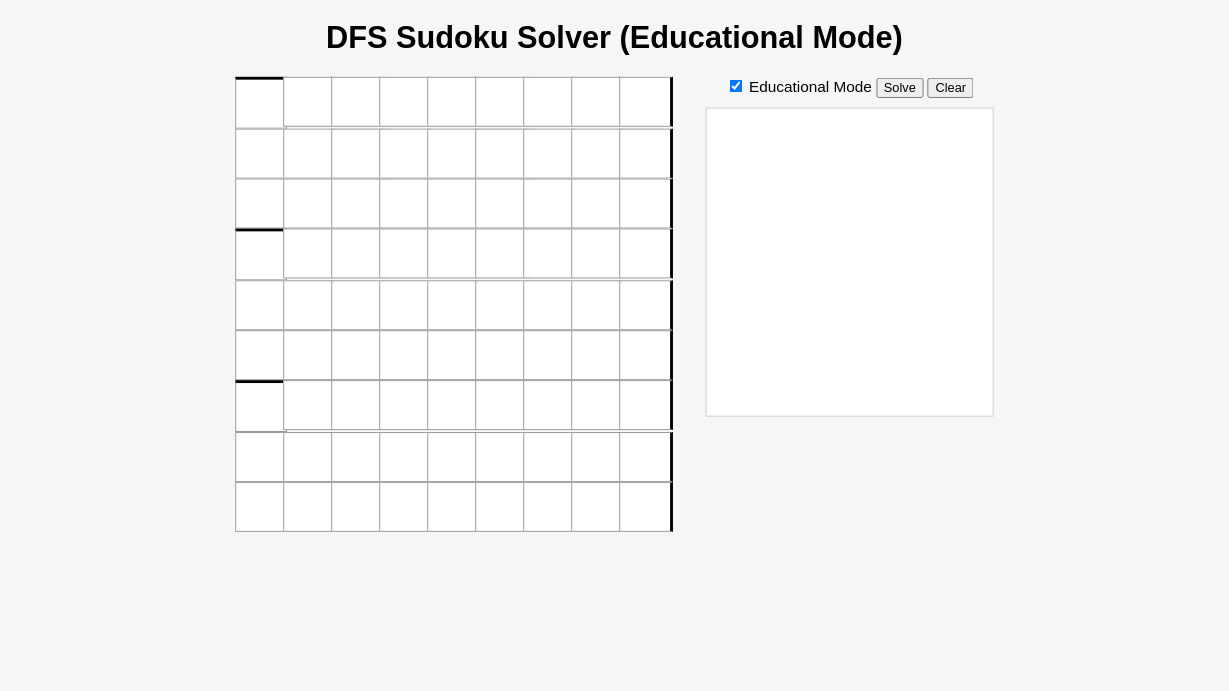
Repository: PratapOP/dfs-sudoku-solver
Page: http://localhost/
An editor plug-in stored every save of this project. The page is shown before and after the next save, followed by the edit.
The browser window is 1280 px wide. The pictures show the whole page, at 96% of full size.
The page is served by the project's application, run on Flask 3 (app.py). Other server files are loaded and not shown.

Above is the page before, as saved 2026-01-20 22:25:47.

### templates/index.html
<!DOCTYPE html>
<html>
<head>
    <title>DFS Sudoku Solver</title>
    <link rel="stylesheet" href="/static/css/style.css">
</head>
<body>

<h1>DFS Sudoku Solver (Educational Mode)</h1>

<div class="container">
    <div class="grid" id="grid"></div>

    <div class="panel">
        <label>
            <input type="checkbox" id="eduMode" checked>
            Educational Mode
        </label>

        <button onclick="solve()">Solve</button>
        <button onclick="clearGrid()">Clear</button>

        <div class="log" id="log"></div>
    </div>
</div>

<script src="/static/js/script.js"></script>
</body>
</html>

### app.py
from flask import Flask, render_template, request, jsonify
from solver.dfs_solver import solve_sudoku

app = Flask(__name__)

@app.route('/')
def index():
    return render_template('index.html')

@app.route('/solve', methods=['POST'])
def solve():
    data = request.get_json()
    grid = data.get("grid")
    educational_mode = data.get("educational_mode", True)

    result = solve_sudoku(grid, educational_mode)

    return jsonify(result)

if __name__ == "__main__":
    app.run(debug=True)

### static/css/style.css
body {
    font-family: Arial, sans-serif;
    background: #f4f6f8;
    text-align: center;
}

.container {
    display: flex;
    justify-content: center;
    gap: 40px;
}

.grid {
    display: grid;
    grid-template-columns: repeat(9, 50px);
}

.grid input {
    width: 48px;
    height: 48px;
    font-size: 18px;
    text-align: center;
    border: 1px solid #999;
}

.grid input:nth-child(3n) {
    border-right: 3px solid black;
}

.grid input:nth-child(27n + 1) {
    border-top: 3px solid black;
}

.try {
    background-color: #ffeaa7;
}

.accept {
    background-color: #55efc4;
}

.backtrack {
    background-color: #fab1a0;
}

.panel {
    width: 300px;
}

.log {
    height: 300px;
    overflow-y: auto;
    background: #fff;
    padding: 10px;
    margin-top: 10px;
    border: 1px solid #ccc;
}

### static/js/script.js
const gridDiv = document.getElementById("grid");
const logDiv = document.getElementById("log");

let cells = [];

function createGrid() {
    gridDiv.innerHTML = "";
    cells = [];

    for (let i = 0; i < 81; i++) {
        let input = document.createElement("input");
        input.maxLength = 1;
        input.oninput = () => {
            input.value = input.value.replace(/[^1-9]/g, "");
        };
        gridDiv.appendChild(input);
        cells.push(input);
    }
}

createGrid();

function getGrid() {
    let grid = [];
    for (let r = 0; r < 9; r++) {
        let row = [];
        for (let c = 0; c < 9; c++) {
            let val = cells[r * 9 + c].value;
            row.push(val === "" ? 0 : parseInt(val));
        }
        grid.push(row);
    }
    return grid;
}

function clearGrid() {
    cells.forEach(c => {
        c.value = "";
        c.className = "";
    });
    logDiv.innerHTML = "";
}

async function solve() {
    clearHighlights();
    logDiv.innerHTML = "";

    const response = await fetch("/solve", {
        method: "POST",
        headers: {"Content-Type": "application/json"},
        body: JSON.stringify({
            grid: getGrid(),
            educational_mode: document.getElementById("eduMode").checked
        })
    });

    const data = await response.json();
    animateSteps(data.steps);
}

function clearHighlights() {
    cells.forEach(c => c.className = "");
}

function animateSteps(steps) {
    let i = 0;

    function step() {
        if (i >= steps.length) return;

        const s = steps[i];
        const idx = s.row * 9 + s.col;

        cells[idx].value = s.action === "BACKTRACK" ? "" : s.value;
        cells[idx].className = s.action.toLowerCase();

        if (s.explanation) {
            logDiv.innerHTML += `<div>${s.explanation}</div>`;
            logDiv.scrollTop = logDiv.scrollHeight;
        }

        i++;
        setTimeout(step, 200);
    }

    step();
}

After the next save:
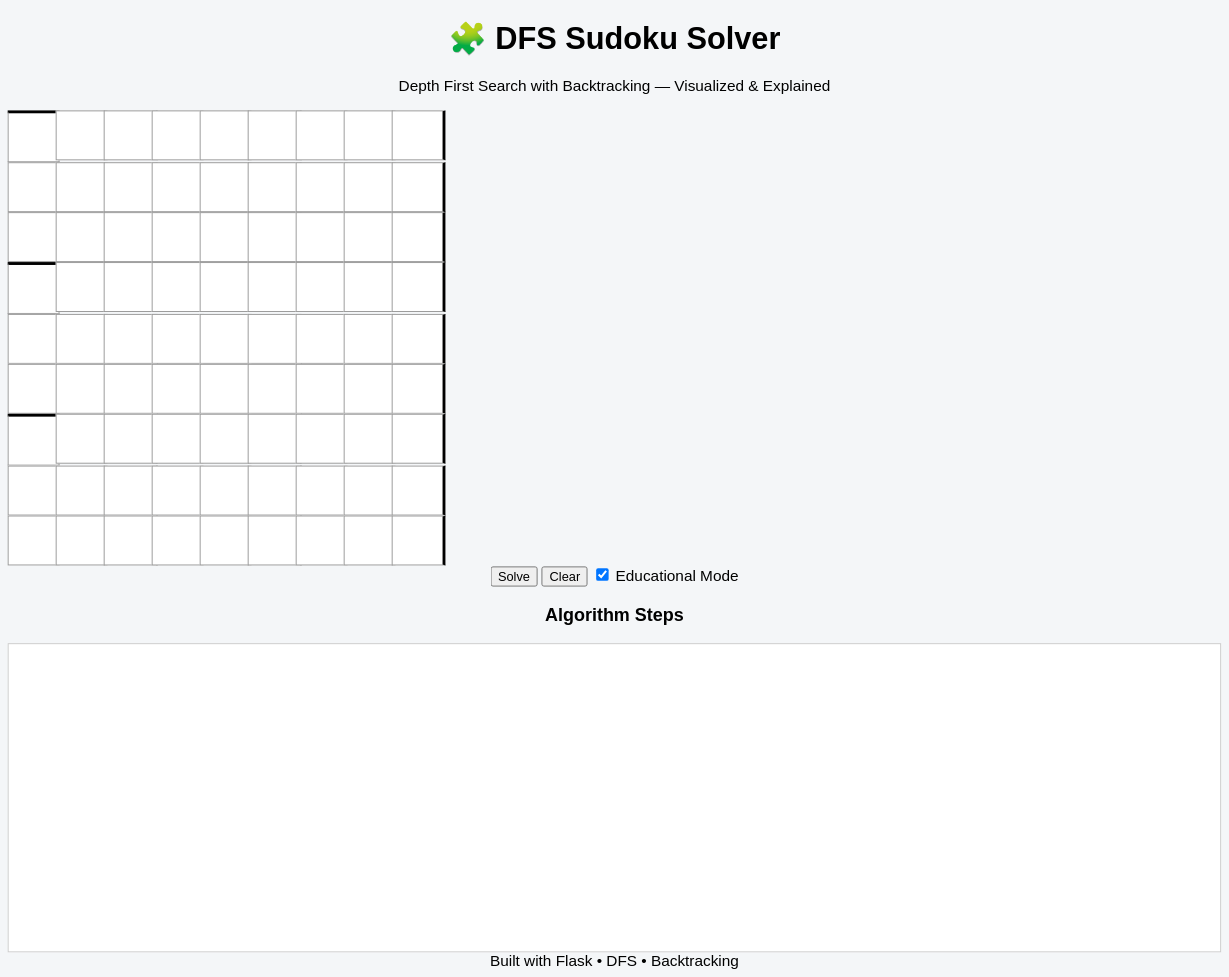
Saved 96 min 5 s later.
--- a/templates/index.html
+++ b/templates/index.html
@@ -1,27 +1,43 @@
 <!DOCTYPE html>
-<html>
+<html lang="en">
 <head>
-    <title>DFS Sudoku Solver</title>
+    <meta charset="UTF-8">
+    <title>DFS Sudoku Solver | Educational Visualizer</title>
     <link rel="stylesheet" href="/static/css/style.css">
+    <link href="https://fonts.googleapis.com/css2?family=Inter:wght@300;400;600;700&display=swap" rel="stylesheet">
 </head>
 <body>
 
-<h1>DFS Sudoku Solver (Educational Mode)</h1>
+<div class="app">
+    <header>
+        <h1>🧩 DFS Sudoku Solver</h1>
+        <p>Depth First Search with Backtracking — Visualized & Explained</p>
+    </header>
 
-<div class="container">
-    <div class="grid" id="grid"></div>
+    <main class="content">
+        <section class="board-card">
+            <div class="grid" id="grid"></div>
 
-    <div class="panel">
-        <label>
-            <input type="checkbox" id="eduMode" checked>
-            Educational Mode
-        </label>
+            <div class="controls">
+                <button class="primary" onclick="solve()">Solve</button>
+                <button class="secondary" onclick="clearGrid()">Clear</button>
 
-        <button onclick="solve()">Solve</button>
-        <button onclick="clearGrid()">Clear</button>
+                <label class="toggle">
+                    <input type="checkbox" id="eduMode" checked>
+                    <span>Educational Mode</span>
+                </label>
+            </div>
+        </section>
 
-        <div class="log" id="log"></div>
-    </div>
+        <section class="info-card">
+            <h3>Algorithm Steps</h3>
+            <div class="log" id="log"></div>
+        </section>
+    </main>
+
+    <footer>
+        <span>Built with Flask • DFS • Backtracking</span>
+    </footer>
 </div>
 
 <script src="/static/js/script.js"></script>
